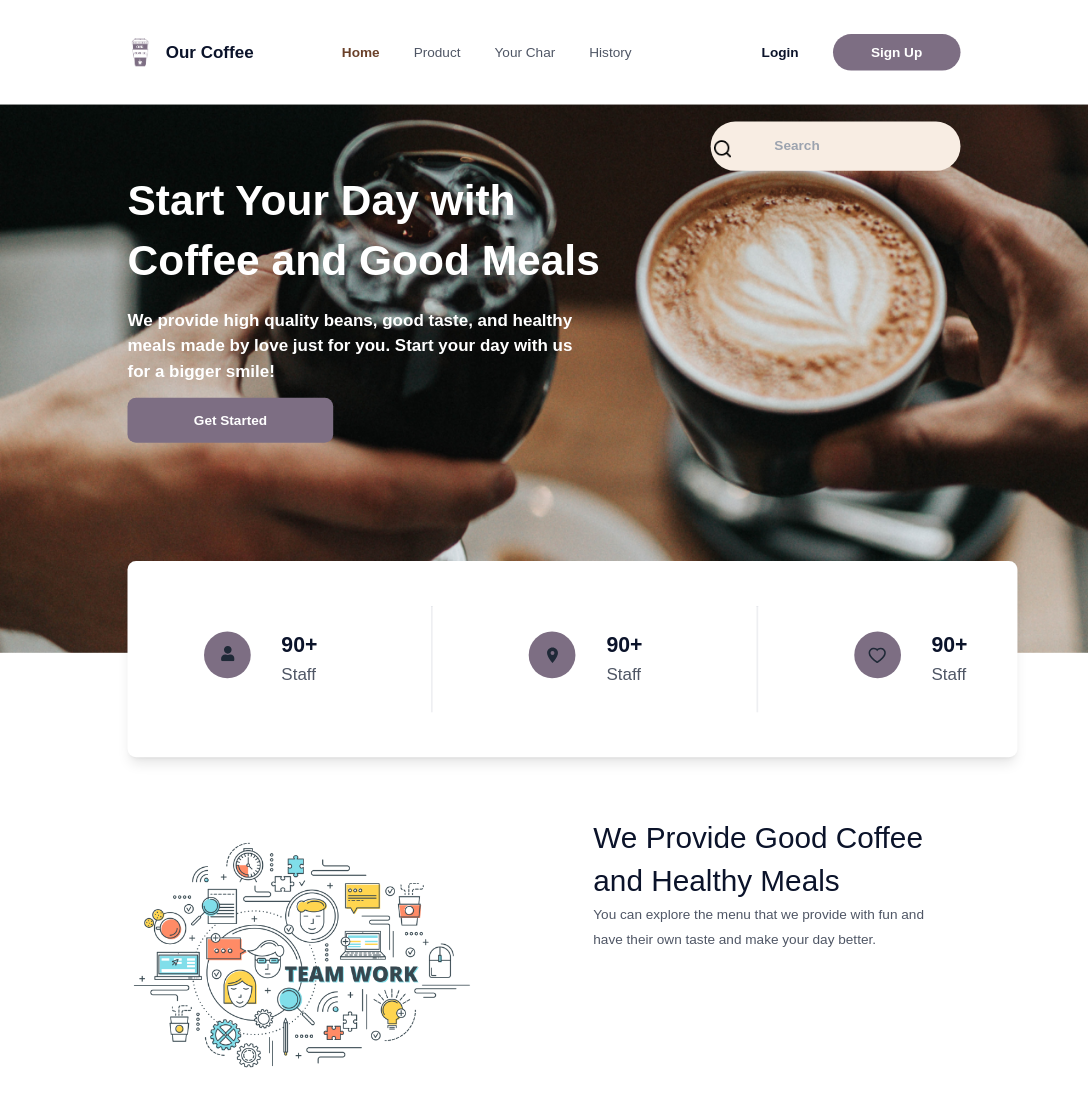
Repository: boykebn/fw12-collab2-FRONTEND
Page: / (app in our/)
The author's editor kept a copy of each file at every save. The page is drawn from the files as they stood at one save, then again after the next save.
The browser window is 1280 px wide. The pictures show the whole page, at 85% of full size.
The project was rebuilt for these pictures with package versions that can differ from the ones it lists, and the page was loaded fresh each time. The framework's server and built-in components were replaced by stand-ins that run in the browser. Also part of the build but not shown: our/next.config.js.

Above is the page before, as saved 2022-12-30 22:40:08.

### our/pages/_app.js
import '../styles/globals.css'
import { Provider } from 'react-redux'
import {store} from '../redux/store'

export default function App({ Component, pageProps }) {
  return (
  <Provider store={store}>
    <Component {...pageProps} />
  </Provider>
  )
}

### our/pages/index.js
import React from "react";
import Image from "next/image";
import logo from "../assets/logoOurCoffee.png";
import Link from "next/link";
import search from "../assets/search.png";
import profileIcon from "../assets/profile-icon.png";
import { FaUser } from "react-icons/fa";
import { MdLocationOn } from "react-icons/md";
import { AiOutlineHeart } from "react-icons/ai";
import layer2 from "../assets/img-layer2.png";
export default function Home() {
  return (
    <div className="font-rubik">
      <div className="px-[150px] py-[45px] flex items-center">
        <div className="flex flex-1 items-center">
          <Image src={logo} alt="logo" className="w-[30px] h-[33px] mr-[15px]" />
          <span className="text-[#0B132A] text-[20px] font-bold leading-[23px]">Our Coffee</span>
        </div>
        <div className=" text-[#4F5665] text-[16px] mr-[153px]">
          <span className="font-bold text-[#6A4029] mr-[40px]">Home</span>
          <span className="mr-[40px]">Product</span>
          <span className="mr-[40px]">Your Char</span>
          <span>History</span>
        </div>
        <div className="text-[16px] font-[600] leading-[19px]">
          <Link href="#" className="mr-[40px] text-[#0B132A]">
            Login
          </Link>
          <Link href="#" className="text-white border-1 bg-[#7d6e83] py-[13px] px-[45px] rounded-[50px]">
            Sign Up
          </Link>
        </div>
      </div>
      <div className="bg-[url('../assets/background-home.png')] h-[645px] ">
        <div className="px-[150px] flex">
          <div className="pt-[78px] mr-auto">
            <p className="text-white text-[50px] font-bold leading-[70px] w-[570px] mb-[20px]">Start Your Day with Coffee and Good Meals</p>
            <p className="text-white text-[20px] font-bold leading-[30px] w-[555px] mb-[32px]">We provide high quality beans, good taste, and healthy meals made by love just for you. Start your day with us for a bigger smile!</p>
            <Link href="#" className="text-white text-[16px] font-bold border-1 px-[78px] py-[18px] bg-[#7d6e83] rounded-[10px]">
              Get Started
            </Link>
          </div>
          <div className="pt-[20px]">
            <Image src={search} alt="search" className="absolute top-[165px] right-[420px]" />
            <input placeholder="Search" className="focus:outline-none bg-[#f8ede3] py-[17px] pl-[75px] font-[900] rounded-[30px]" />
          </div>
        </div>
      </div>
      <div className="pl-[90px] pr-[59px] py-[53px] border-1 bg-white absolute left-[150px] top-[660px] rounded-[10px] flex items-center shadow-lg mb-[103px]">
        <div className="flex">
          <div className="mr-[36px]">
            <FaUser className="w-[16px] h-[18px] absolute left-[110px] top-[100px]" />
            <div className="border-1 bg-[#7d6e83] w-[55px] h-[55px] rounded-[50%] \"></div>
          </div>
          <div className="mr-[134px]">
            <p className="text-[#0B132A] text-[25px] font-bold leading-[30px] mb-[5px]">90+</p>
            <p className="text-[#4F5665] text-[20px] leading-[30px]">Staff</p>
          </div>
        </div>
        <hr className="bg-[#EEEFF2] w-[2px] h-[125px] mr-[113px]" />
        <div className="flex">
          <div className="mr-[36px]">
            <MdLocationOn className="w-[22px] h-[26px] absolute left-[489px] top-[98px]" />
            <div className="border-1 bg-[#7d6e83] w-[55px] h-[55px] rounded-[50%] \"></div>
          </div>
          <div className="mr-[134px]">
            <p className="text-[#0B132A] text-[25px] font-bold leading-[30px] mb-[5px]">90+</p>
            <p className="text-[#4F5665] text-[20px] leading-[30px]">Staff</p>
          </div>
        </div>
        <hr className="bg-[#EEEFF2] w-[2px] h-[125px] mr-[113px]" />
        <div className="flex">
          <div className="mr-[36px]">
            <AiOutlineHeart className="w-[24px] h-[28px] absolute left-[870px] top-[97px]" />
            <div className="border-1 bg-[#7d6e83] w-[55px] h-[55px] rounded-[50%] \"></div>
          </div>
          <div className="">
            <p className="text-[#0B132A] text-[25px] font-bold leading-[30px] mb-[5px]">90+</p>
            <p className="text-[#4F5665] text-[20px] leading-[30px]">Staff</p>
          </div>
        </div>
      </div>
      <div className="pt-[193px] px-[150px] flex">
        <div className="mr-[139px]">
          <Image src={layer2} alt="img-layer-2" />
        </div>
        <div>
          <div>
            <p className="text-[#0B132A] text-[35px] font-[500] leading-[50px] w-[432px]">We Provide Good Coffee and Healthy Meals</p>
            <p className="text-[#4F5665] text-[16px] leading-[30px] w-[427px]">You can explore the menu that we provide with fun and have their own taste and make your day better.</p>
          </div>
        </div>
      </div>
    </div>
  );
}

### our/styles/globals.css
@tailwind base;
@tailwind components;
@tailwind utilities;

@import url("https://fonts.googleapis.com/css2?family=Rubik&display=swap");

### our/redux/store.js
import { configureStore } from '@reduxjs/toolkit';
import thunk from 'redux-thunk'
import reducer from './reducers';
import {persistStore} from 'redux-persist'

const store = configureStore({
    reducer,
    middleware: [thunk]
})

const persistor = persistStore(store)

export {store, persistor}

### our/redux/reducers/index.js
import {combineReducers} from '@reduxjs/toolkit';
import {persistReducer} from 'redux-persist'
import storage from 'redux-persist/lib/storage'
import auth from './auth'

const authConfig = {
    key: 'auth',
    storage
}

const reducer = combineReducers({
    auth: persistReducer(authConfig, auth),
})

export default reducer

### our/redux/reducers/auth.js
import {createSlice} from '@reduxjs/toolkit'

const initialState = {
    token: null
}

const authReducer = createSlice({
    name: 'auth',
    initialState,
    reducers: {
        logout: (state, action) => {
            return initialState
        }
    },
    extraReducers: (build) => {
    }
})

export const { logout } = authReducer.actions

export default authReducer.reducer

### our/tailwind.config.js
/** @type {import('tailwindcss').Config} */
module.exports = {
  content: ["./pages/**/*.{js,ts,jsx,tsx}", "./components/**/*.{js,ts,jsx,tsx}"],
  theme: {
    extend: {
      fontFamily: {
        rubik: ["Rubik", "sans-serif"],
      },
    },
  },
  plugins: [require("daisyui")],
};

After the next save:
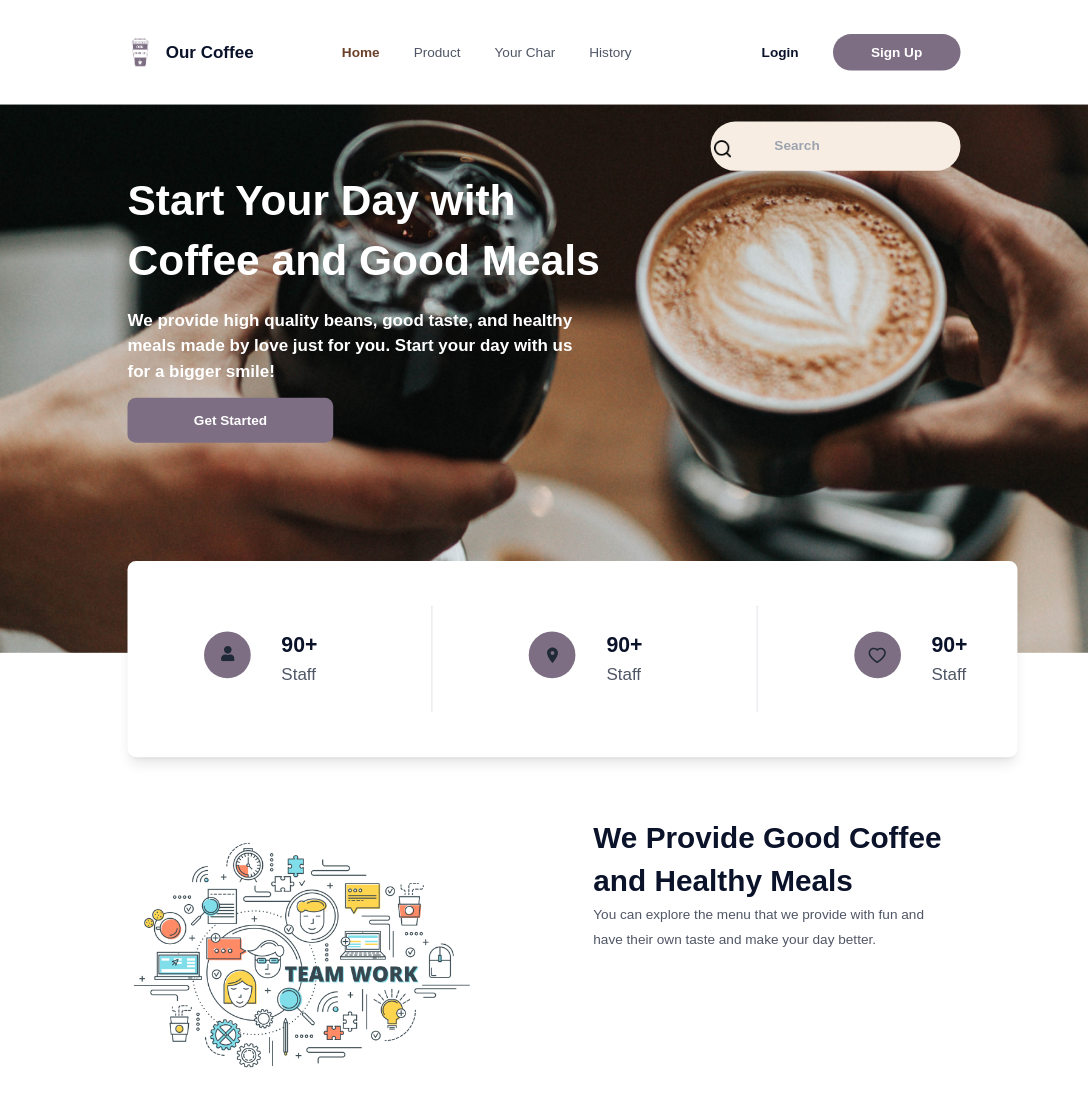
Saved 33 s later.
--- a/our/pages/index.js
+++ b/our/pages/index.js
@@ -86,7 +86,7 @@ export default function Home() {
         </div>
         <div>
           <div>
-            <p className="text-[#0B132A] text-[35px] font-[500] leading-[50px] w-[432px]">We Provide Good Coffee and Healthy Meals</p>
+            <p className="text-[#0B132A] text-[35px] font-bold leading-[50px] w-[432px]">We Provide Good Coffee and Healthy Meals</p>
             <p className="text-[#4F5665] text-[16px] leading-[30px] w-[427px]">You can explore the menu that we provide with fun and have their own taste and make your day better.</p>
           </div>
         </div>
